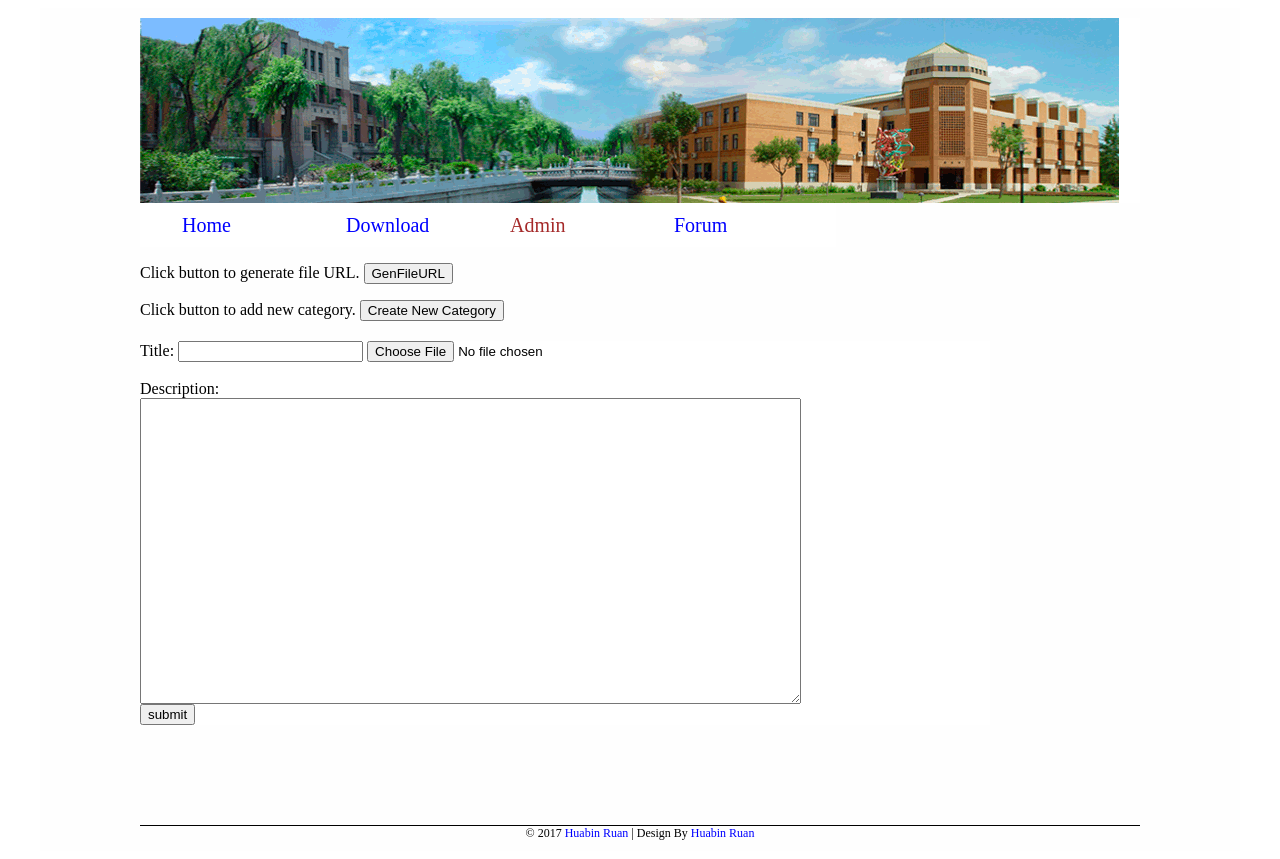
Repository: ruanhuabin/LifeSoftwareWebSite
Page: http://localhost/CryoEM/admin.jsp
An editor plug-in stored every save of this project. The page is shown before and after the next save, followed by the edit.
The browser window is 1280 px wide. The pictures show the whole page.
The page is served by Tomcat 9. Nobody is signed in. The application's start-up code is not run.

Above is the page before, as saved 2017-08-15 06:06:11.

After the next save:
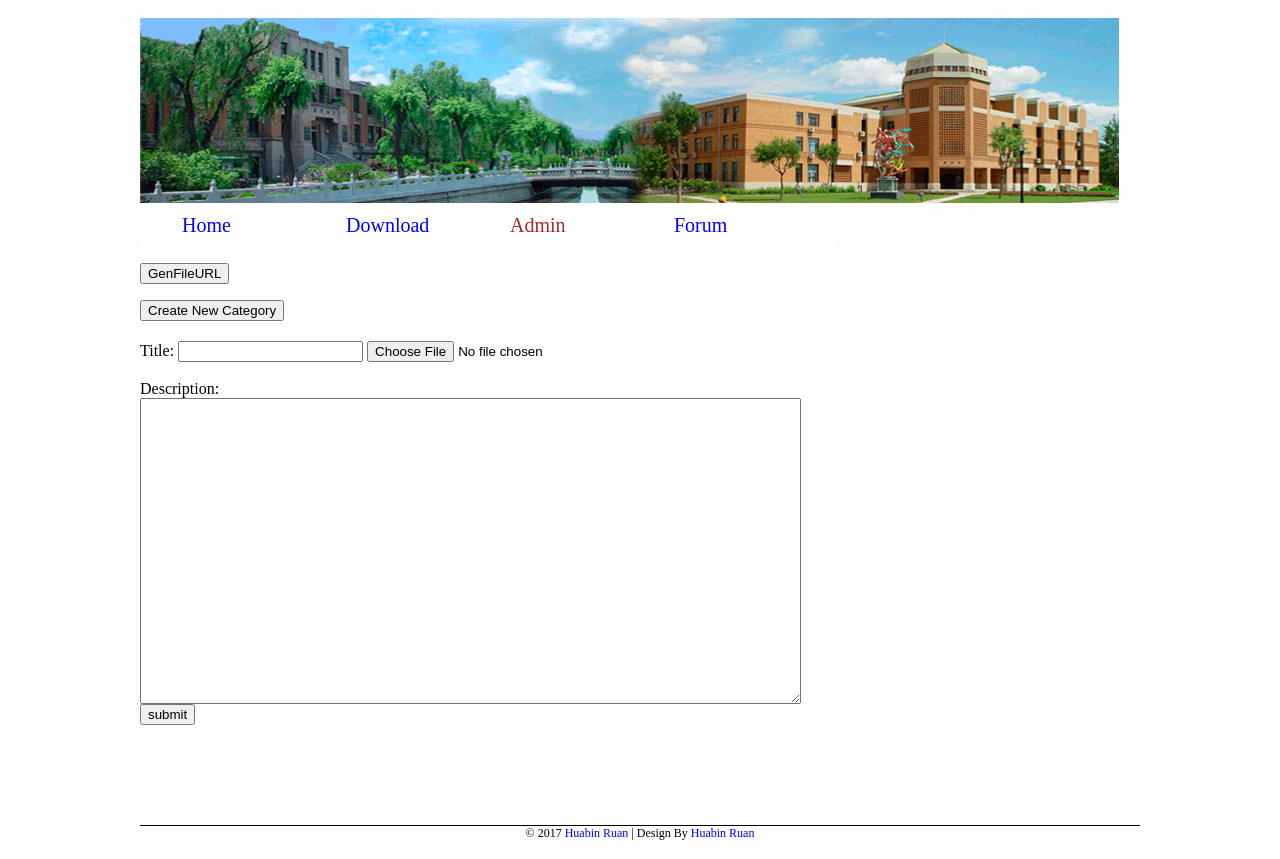
Saved 17 s later.
--- a/CryoEM/WebRoot/admin.jsp
+++ b/CryoEM/WebRoot/admin.jsp
@@ -96,8 +96,8 @@ String basePath = request.getScheme()+"://"+request.getServerName()+":"+request.
 
 
 <div style="clear:both"></div>
-<p>Click button to generate file URL. <button title="click to generate an URL for file downloading"onclick="genURL()">GenFileURL</button></p>
-<p>Click button to add new category. <button  title="click to create a new catagory" onclick="genCategory()">Create New Category</button></p>
+<p><button title="click to generate an URL for file downloading"onclick="genURL()">GenFileURL</button></p>
+<p><button  title="click to create a new catagory" onclick="genCategory()">Create New Category</button></p>
 
 
 
